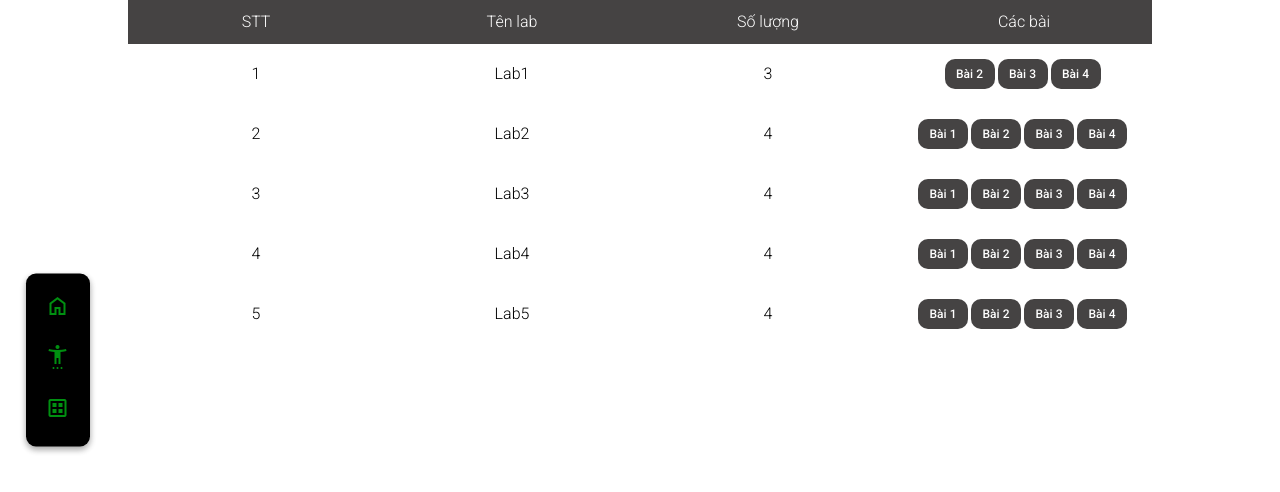
Repository: tuankiet10920/homeworkFEF
Page: /labs
An editor plug-in stored every save of this project. The page is shown before and after the next save, followed by the edit.
The browser window is 1280 px wide. The pictures show the whole page.
The project was rebuilt for these pictures with package versions that can differ from the ones it lists, and the page was loaded fresh each time. Also part of the build but not shown: vite.config.js, src/views/HomeView.vue. Imported but missing from the stored project, and not drawn on this page: src/assets/audio/intro.mp3.

Above is the page before, as saved 2024-11-10 18:23:54.

### index.html
<!doctype html>
<html lang="en">
  <head>
    <meta charset="UTF-8" />
    <link rel="icon" href="/favicon.ico" />
    <meta name="viewport" content="width=device-width, initial-scale=1.0" />
    <link
      href="https://cdn.jsdelivr.net/npm/bootstrap@5.3.3/dist/css/bootstrap.min.css"
      rel="stylesheet"
      integrity="sha384-QWTKZyjpPEjISv5WaRU9OFeRpok6YctnYmDr5pNlyT2bRjXh0JMhjY6hW+ALEwIH"
      crossorigin="anonymous"
    />
    <link
      rel="stylesheet"
      href="https://fonts.googleapis.com/css2?family=Material+Symbols+Outlined:opsz,wght,FILL,GRAD@20..48,100..700,0..1,-50..200"
    />
    <link rel="preconnect" href="https://fonts.googleapis.com" />
    <link rel="preconnect" href="https://fonts.gstatic.com" crossorigin />
    <link
      href="https://fonts.googleapis.com/css2?family=Roboto:ital,wght@0,100;0,300;0,400;0,500;0,700;0,900;1,100;1,300;1,400;1,500;1,700;1,900&display=swap"
      rel="stylesheet"
    />
    <title>Vite App</title>
    <link rel="stylesheet" href="./src/assets/css/main.css" />
  </head>
  <body>
    <div id="app"></div>
    <script
      src="https://cdn.jsdelivr.net/npm/bootstrap@5.3.3/dist/js/bootstrap.bundle.min.js"
      integrity="sha384-YvpcrYf0tY3lHB60NNkmXc5s9fDVZLESaAA55NDzOxhy9GkcIdslK1eN7N6jIeHz"
      crossorigin="anonymous"
    ></script>
    <script type="module" src="/src/main.js"></script>
  </body>
</html>

### src/assets/css/main.css
* {
  margin: 0;
  padding: 0;
  box-sizing: border-box;
  text-decoration: none;
  color: #000;
  font-size: 16px;
  font-family: 'Roboto', sans-serif;
  font-weight: 300;
  font-style: normal;
}

### src/App.vue
<script setup>
import { RouterLink, RouterView } from 'vue-router'
import GetSrcImage from './assets/help/getSrcImage.js'
import Icon from './components/Icon.vue'
</script>

<template>
  <header>
    <div class="wrapper">
      <nav>
        <RouterLink to="/">
          <Icon iconName="home" />
        </RouterLink>

        <RouterLink to="/about">
          <Icon iconName="settings_accessibility" />
        </RouterLink>

        <RouterLink to="/labs">
          <Icon iconName="dataset" />
        </RouterLink>
      </nav>
    </div>
  </header>
  <RouterView />
</template>

<style scoped>
.wrapper nav a {
  margin-bottom: 20px;
  width: fit-content;
  text-decoration: none;
}
.wrapper nav a span {
  color: #009011;
}
.wrapper nav a:last-child {
  margin-bottom: 0;
}
nav {
  display: flex;
  flex-direction: column;
  justify-content: center;
  position: absolute;
  top: 50%;
  left: 2%;
  transform: translateY(-50%);
  padding: 20px;
  border-radius: 10px;
  background: #000;
  box-shadow:
    rgba(0, 0, 0, 0.16) 0px 3px 6px,
    rgba(0, 0, 0, 0.23) 0px 3px 6px;
}
</style>

### src/router/index.js
import { createRouter, createWebHistory } from 'vue-router'
import HomeView from '../views/HomeView.vue'

const router = createRouter({
  history: createWebHistory(import.meta.env.BASE_URL),
  routes: [
    {
      path: '/',
      name: 'home',
      component: HomeView,
    },
    {
      path: '/about',
      name: 'about',
      // route level code-splitting
      // this generates a separate chunk (About.[hash].js) for this route
      // which is lazy-loaded when the route is visited.
      component: () => import('../views/AboutView.vue'),
    },
    {
      path: '/labs',
      name: 'labs',
      component: () => import('../views/LabView.vue'),
    }
  ],
})

export default router

### src/assets/help/getSrcImage.js
const getSrcImage = (image) => {
    let __path = 'http://localhost:5173/src/assets/img/'
    return __path + image
}
export default getSrcImage

### src/components/Icon.vue
<script setup>
const props = defineProps(['iconName'])
</script>
<template>
  <span class="material-symbols-outlined"> {{ props.iconName }} </span>
</template>
<style scoped></style>

### src/views/LabView.vue
<script setup>
import { ref } from 'vue'
import router from '../router/index.js'

const sourceTrs = ref([
  {
    name_lab: 'Lab1',
    exs: [
      {
        name_ex: 'Bài 2',
        link: '/bai2lab1',
        namePath: 'Bai2',
      },
      {
        name_ex: 'Bài 3',
        link: '/bai3lab1',
        namePath: 'Bai3',
      },
      {
        name_ex: 'Bài 4',
        link: '/bai4lab1',
        namePath: 'Bai4',
      },
    ],
  },
  {
    name_lab: 'Lab2',
    exs: [
      {
        name_ex: 'Bài 1',
        link: '/bai1lab2',
        namePath: 'Bai1',
      },
      {
        name_ex: 'Bài 2',
        link: '/bai2lab2',
        namePath: 'Bai2',
      },
      {
        name_ex: 'Bài 3',
        link: '/bai3lab2',
        namePath: 'Bai3',
      },
      {
        name_ex: 'Bài 4',
        link: '/bai4lab2',
        namePath: 'Bai4',
      },
    ],
  },
  {
    name_lab: 'Lab3',
    exs: [
      {
        name_ex: 'Bài 1',
        link: '/bai1lab3',
        namePath: 'Bai1',
      },
      {
        name_ex: 'Bài 2',
        link: '/bai2lab3',
        namePath: 'Bai2',
      },
      {
        name_ex: 'Bài 3',
        link: '/bai3lab3',
        namePath: 'Bai3',
      },
      {
        name_ex: 'Bài 4',
        link: '/bai4lab3',
        namePath: 'Bai4',
      },
    ],
  },
  {
    name_lab: 'Lab4',
    exs: [
      {
        name_ex: 'Bài 1',
        link: '/bai1lab4',
        namePath: 'Bai1',
      },
      {
        name_ex: 'Bài 2',
        link: '/bai2lab4',
        namePath: 'Bai2',
      },
      {
        name_ex: 'Bài 3',
        link: '/bai3lab4',
        namePath: 'Bai3',
      },
      {
        name_ex: 'Bài 4',
        link: '/bai4lab4',
        namePath: 'Bai4',
      },
    ],
  },
  {
    name_lab: 'Lab5',
    exs: [
      {
        name_ex: 'Bài 1',
        link: '/bai1lab5',
        namePath: 'Bai1',
      },
      {
        name_ex: 'Bài 2',
        link: '/bai2lab5',
        namePath: 'Bai2',
      },
      {
        name_ex: 'Bài 3',
        link: '/bai3lab5',
        namePath: 'Bai3',
      },
      {
        name_ex: 'Bài 4',
        link: '/bai4lab5',
        namePath: 'Bai4',
      },
    ],
  },
])

sourceTrs.value.forEach(tr => {
  tr.exs.forEach(ex => {
    let pathImport = `../Labs/${tr.name_lab}/${ex.namePath}.vue`
    router.addRoute({
      path: ex.link,
      name: ex.name_ex + ' ' + tr.name_lab,
      component: () => import(pathImport),
    })
  })
})
console.log(router.getRoutes())
</script>
<template>
  <div class="labs">
    <table>
      <thead>
        <tr>
          <th>STT</th>
          <th>Tên lab</th>
          <th>Số lượng</th>
          <th>Các bài</th>
        </tr>
      </thead>
      <tbody>
        <tr v-for="(item, index) in sourceTrs">
          <td>{{ index + 1 }}</td>
          <td>{{ item.name_lab }}</td>
          <td>{{ item.exs.length }}</td>
          <td>
            <RouterLink v-for="route in item.exs" :to="route.link">
              <button type="button">{{ route.name_ex }}</button>
            </RouterLink>
          </td>
        </tr>
      </tbody>
    </table>
  </div>
</template>
<style scoped>
.labs {
  width: 100%;
  display: flex;
  justify-content: center;
}
table {
  border-collapse: collapse;
  width: 80%;
}
th {
  width: calc(100% / 4);
  padding: 10px 0px;
  background: #454343;
  color: #fff;
  text-align: center;
}
td {
  padding: 15px 0px;
  text-align: center;
}
button {
  width: 50px;
  height: 30px;
  border-radius: 10px;
  border: none;
  background: #454343;
  color: #fff;
  margin-right: 3px;
  font-weight: 500;
  transition: all 0.3s ease-in-out;
  font-size: 12px;
}
button:hover {
  color: #009011;
  box-shadow:
    rgba(60, 64, 67, 0.3) 0px 1px 2px 0px,
    rgba(60, 64, 67, 0.15) 0px 1px 3px 1px;
}
</style>

Loaded but not shown: src/main.js (common file)

After the next save:
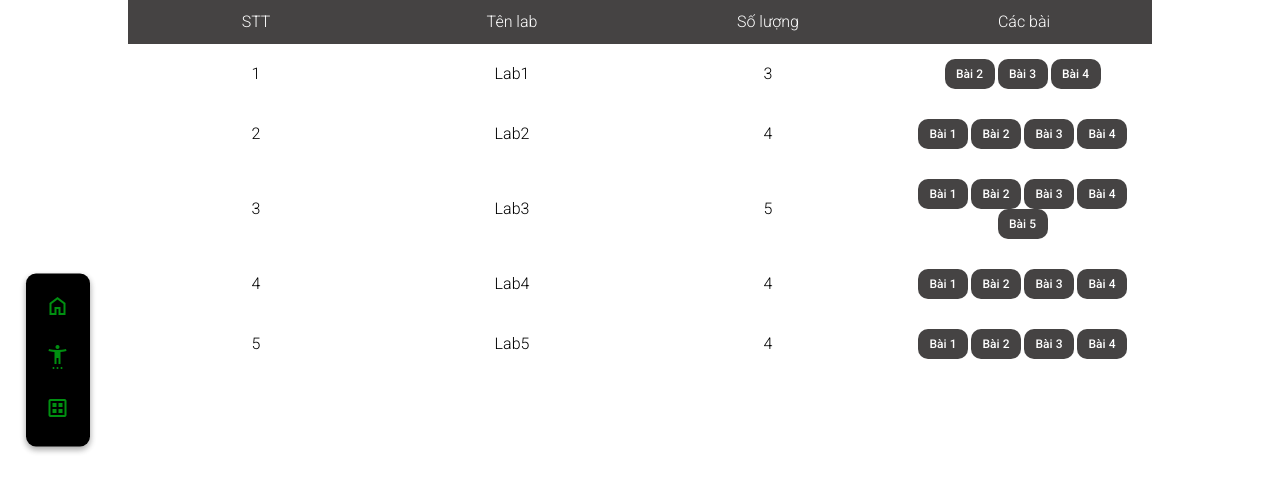
Saved 96 s later.
--- a/src/views/LabView.vue
+++ b/src/views/LabView.vue
@@ -70,6 +70,11 @@ const sourceTrs = ref([
         name_ex: 'Bài 4',
         link: '/bai4lab3',
         namePath: 'Bai4',
+      },
+      {
+        name_ex: 'Bài 5',
+        link: '/bai5lab3',
+        namePath: 'Bai5',
       },
     ],
   },
